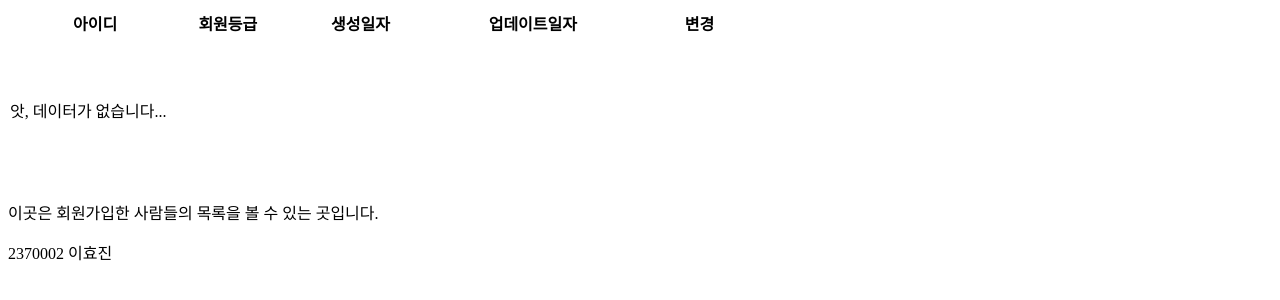
Repository: SingleElse/MyWeb
Page: http://localhost/admin/list
The author's editor kept a copy of each file at every save. The page is drawn from the files as they stood at one save, then again after the next save.
The browser window is 1280 px wide. The pictures show the whole page.
The page is this project's Thymeleaf template; nobody is signed in. The template is opened directly, without the code that normally fills it, so the values that code supplies are empty.

Above is the page before, as saved 2023-06-06 10:15:25.

### leehyojin/src/main/resources/templates/admin/list.html
<div class="section list">
    <table>
        <colgroup>
            <col style="width: 15%"/>
            <col style="width: 8%"/>
            <col style="width: 15%"/>
            <col style="width: 15%"/>
            <col style="width: 14%"/>
        </colgroup>
        <thead>
	        <tr>
	            <th>아이디</th>
	            <th>회원등급</th>
	            <th>생성일자</th>
	            <th>업데이트일자</th>
	            <th>변경</th>
	        </tr>
        </thead>
        <tbody>
            <tr th:if=${itemsNotEmpty} th:each="item : ${items}">
<!--                 <td th:text="${item.mbSeq}"></td> -->
                <td th:text="${item.mbId}"></td>
                <td th:text="${item.mbLevel}"></td>
                <td th:text="${item.mbCreateAt}"></td>
                <td th:text="${item.mbUpdateAt}"></td>
                <td style="display: flex; align-items: center; justify-content: center">

                   <a th:href="@{/remove/{mbSeq}(mbSeq = ${item.mbSeq})}"><button>삭제</button></a>
                </td>
            </tr>
            <tr th:unless=${itemsNotEmpty}>
                <td colspan="8" style="padding: 60px 0"> 앗, 데이터가 없습니다... </td>
            </tr>
        </tbody>
    </table>

    <div th:if=${itemsNotEmpty} class="pagination">
        <ul>
            <th:block th:switch="${startpage} <= ${endpage}">
                <li th:case="${rowNUM} < 0" style="display: none;">
                    <a class="icon first" th:href="@{mbList(page=${1})}">&laquo;</a>
                </li>
                <li th:case="${rowNUM} > ${startpage}" style="display: inline-block">
                    <a class="icon first" th:href="@{mbList(page=${startpage})}">&laquo;</a>
                </li>
                <li th:case="${startpage} < 10" style="display: none;">
                    <a class="icon first" th:href="@{mbList(page=${startpage}-10)}">&laquo;</a>
                </li>
                <li th:case="${startpage} > 10" style="display: inline-block;">
                    <a class="icon first" th:href="@{mbList(page=${1})}">&laquo;</a>
                </li>
            </th:block>

            <th:block th:switch="${rowNUM} >= 1">
                <li th:case="(${rowNUM}-1) == 0" style="display: none">
                    <a class="icon first" th:href="@{mbList(page=${1})}">&laquo;</a>
                </li>
                <li th:case="(${rowNUM}-1) > 0" style="display: inline-block">
                    <a class="icon first" th:href="@{mbList(page=${rowNUM}-1)}"></a>
                </li>
            </th:block>

            <!-- for 문 -->
            <li th:each="i : ${#numbers.sequence(startpage, endpage)}" style="display: inline-block">
                <div class="on" th:if="${i}==${rowNUM}" th:text="${i}"></div>
                <div th:unless="${i}==${rowNUM}">
                    <a class="on" th:href="@{mbList(page=${i})}" th:text="${i}"></a>
                </div>
            </li>
            <!-- for 문 -->

            <th:block th:switch="${rowNUM} <= ${endpage}">
                <li th:case="${rowNUM} < ${endpage}" style="display: inline-block">
                    <a class="icon last" th:href="@{mbList(page=${rowNUM}+1)}"></a>
                </li>
                <li th:case="${rowNUM} == ${endpage}" style="display: none">
                    <a class="icon last" th:href="@{mbList(page=${endpage})}"></a>
                </li>
            </th:block>

            <th:block th:switch="${rowNUM} < ${endpage}">
                <li th:case="${rowNUM} < ${endpage}" style="display: inline-block">
                    <a class="icon last" th:href="@{mbList(page=${startpage}+10)}"></a>
                </li>
            </th:block>

        </ul>
    </div>
</div>

<body>
<!-- Page content-->
        <div class="container">
            <div class="text-center mt-5">
                <p class="lead">이곳은 회원가입한 사람들의 목록을 볼 수 있는 곳입니다.</p>
                <p>2370002 이효진</p>
            </div>
        </div>
</body>

After the next save:
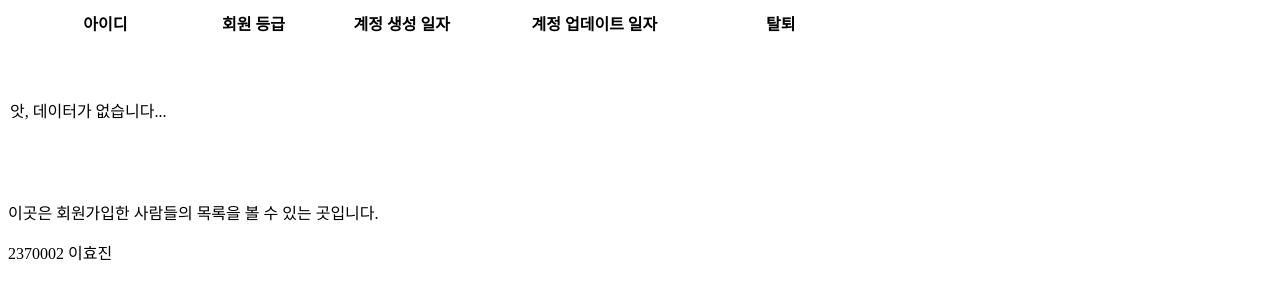
Saved 54 s later.
--- a/leehyojin/src/main/resources/templates/admin/list.html
+++ b/leehyojin/src/main/resources/templates/admin/list.html
@@ -10,10 +10,10 @@
         <thead>
 	        <tr>
 	            <th>아이디</th>
-	            <th>회원등급</th>
-	            <th>생성일자</th>
-	            <th>업데이트일자</th>
-	            <th>변경</th>
+	            <th>회원 등급</th>
+	            <th>계정 생성 일자</th>
+	            <th>계정 업데이트 일자</th>
+	            <th>탈퇴</th>
 	        </tr>
         </thead>
         <tbody>
